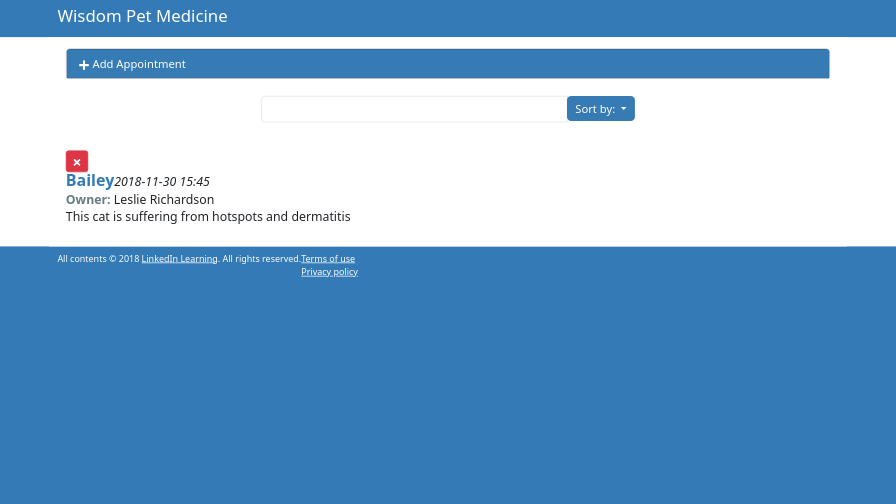
Repository: DevLuDaley/reactinterface
Page: /
The author's editor kept a copy of each file at every save. The page is drawn from the files as they stood at one save, then again after the next save.
The browser window is 1280 px wide. The pictures show the part of the page from y = 0 to 1920 px (the page is 720 px tall before and 3716 px after), at 70% of full size.
The project was rebuilt for these pictures with package versions that can differ from the ones it lists, and the page was loaded fresh each time.

Above is the page before, as saved 2021-02-04 20:02:22.

### public/index.html
<!DOCTYPE html>
<html lang="en">
  <head>
    <meta charset="utf-8" />
    <link rel="icon" href="%PUBLIC_URL%/favicon.ico" />
    <meta name="viewport" content="width=device-width, initial-scale=1" />
    <meta name="theme-color" content="#000000" />
    <meta
      name="description"
      content="Web site created using create-react-app"
    />
    <link rel="apple-touch-icon" href="%PUBLIC_URL%/logo192.png" />
    <!--
      manifest.json provides metadata used when your web app is installed on a
      user's mobile device or desktop. See https://developers.google.com/web/fundamentals/web-app-manifest/
    -->
    <link rel="manifest" href="%PUBLIC_URL%/manifest.json" />
    <!--
      Notice the use of %PUBLIC_URL% in the tags above.
      It will be replaced with the URL of the `public` folder during the build.
      Only files inside the `public` folder can be referenced from the HTML.

      Unlike "/favicon.ico" or "favicon.ico", "%PUBLIC_URL%/favicon.ico" will
      work correctly both with client-side routing and a non-root public URL.
      Learn how to configure a non-root public URL by running `npm run build`.
    -->
    <title>React App</title>
  </head>
  <body>
    <noscript>You need to enable JavaScript to run this app.</noscript>
    <header class="container text-white">
      <h4 class="py-2">Wisdom Pet Medicine</h4>
    </header>

    <div id="root"></div>

    <footer class="container d-flex text-white py-2">
      <p>
        All contents &copy; 2018
        <a href="https://www.linkedin.com/learning">LinkedIn Learning</a>. All
        rights reserved.
      </p>
      <div class="ml-auto">
        <a class="d-block text-white" href="#">Terms of use</a>
        <a class="d-block text-white" href="#">Privacy policy</a>
      </div>
      <!-- col-md-6 -->
    </footer>
    <!-- footer -->
  </body>
</html>

### src/index.js
import React from 'react';
import ReactDOM from 'react-dom';
import 'bootstrap/dist/css/bootstrap.css'
import './css/index.css';
import App from './components/App';
import reportWebVitals from './reportWebVitals';
// import * as serviceWorker from './serviceWorker';
import 'jquery/dist/jquery'
import 'popper.js/dist/umd/popper'
import 'bootstrap/dist/js/bootstrap'

ReactDOM.render(
  <React.StrictMode>
    <App />
  </React.StrictMode>,
  document.getElementById('root')
);

// If you want to start measuring performance in your app, pass a function
// to log results (for example: reportWebVitals(console.log))
// or send to an analytics endpoint. Learn more: https://bit.ly/CRA-vitals
// serviceWorker.unregister()
reportWebVitals();

### src/components/App.js
import React, { Component } from 'react';
import '../css/App.css';

import AddAppointments from './AddAppointments';
import SearchAppointments from './SearchAppointments';
import ListAppointments from './ListAppointments';

import { without } from 'lodash';

class App extends Component {
  constructor() {
    super();
    this.state = {
      myAppointments: [],
      formDisplay: false,
      orderBy: 'petName',
      orderDir: 'asc',
      queryText: 'bailey',
      lastIndex: 0
    };
    this.deleteAppointment = this.deleteAppointment.bind(this);
    this.toggleForm = this.toggleForm.bind(this);
    this.addAppointment = this.addAppointment.bind(this);
    this.changeOrder = this.changeOrder.bind(this);
  }

  toggleForm() {
    this.setState({
      formDisplay: !this.state.formDisplay
    });
  }

  changeOrder(order, dir) {
    this.setState({
      orderBy: order,
      orderDir: dir
    });
  }

  addAppointment(apt) {
    let tempApts = this.state.myAppointments;
    apt.aptId = this.state.lastIndex;
    tempApts.unshift(apt);
    this.setState({
      myAppointments: tempApts,
      lastIndex: this.state.lastIndex + 1
    });
  }

  deleteAppointment(apt) {
    let tempApts = this.state.myAppointments;
    tempApts = without(tempApts, apt);

    this.setState({
      myAppointments: tempApts
    });
  }

  componentDidMount() {
    fetch('./data.json')
      .then(response => response.json())
      .then(result => {
        const apts = result.map(item => {
          item.aptId = this.state.lastIndex;
          this.setState({ lastIndex: this.state.lastIndex + 1 });
          return item;
        });
        this.setState({
          myAppointments: apts
        });
      });
  }

  render() {
    let order;
    let filteredApts = this.state.myAppointments;
    if (this.state.orderDir === 'asc') {
      order = 1;
    } else {
      order = -1;
    }

    filteredApts = filteredApts
      .sort((a, b) => {
        if (
          a[this.state.orderBy].toLowerCase() <
          b[this.state.orderBy].toLowerCase()
        ) {
          return -1 * order;
        } else {
          return 1 * order;
        }
      })
      .filter(eachItem => {
        return (
          eachItem['petName']
            .toLowerCase()
            .includes(this.state.queryText.toLowerCase()) ||
          eachItem['ownerName']
            .toLowerCase()
            .includes(this.state.queryText.toLowerCase()) ||
          eachItem['aptNotes']
            .toLowerCase()
            .includes(this.state.queryText.toLowerCase())
        );
      });

    return (
      <main className="page bg-white" id="petratings">
        <div className="container">
          <div className="row">
            <div className="col-md-12 bg-white">
              <div className="container">
                <AddAppointments
                  formDisplay={this.state.formDisplay}
                  toggleForm={this.toggleForm}
                  addAppointment={this.addAppointment}
                />
                <SearchAppointments
                  orderBy={this.state.orderBy}
                  orderDir={this.state.orderDir}
                  changeOrder={this.changeOrder}
                />
                <ListAppointments
                  appointments={filteredApts}
                  deleteAppointment={this.deleteAppointment}
                />
              </div>
            </div>
          </div>
        </div>
      </main>
    );
  }
}

export default App;

### src/components/AddAppointments.js
import React, { Component } from 'react';
import { FaPlus } from 'react-icons/fa';

class AddAppointments extends Component {
  constructor() {
    super();
    this.state = {
      petName: '',
      ownerName: '',
      aptDate: '',
      aptTime: '',
      aptNotes: ''
    };
    this.handleChange = this.handleChange.bind(this);
    this.handleAdd = this.handleAdd.bind(this);
  }

  handleAdd(e) {
    e.preventDefault();
    let tempApt = {
      petName: this.state.petName,
      ownerName: this.state.ownerName,
      aptDate: this.state.aptDate + ' ' + this.state.aptTime,
      aptNotes: this.state.aptNotes
    };

    this.props.addAppointment(tempApt);

    this.setState({
      petName: '',
      ownerName: '',
      aptDate: '',
      aptTime: '',
      aptNotes: ''
    });
    this.props.toggleForm();
  }

  handleChange(e) {
    const target = e.target;
    const value = target.value;
    const name = target.name;

    this.setState({
      [name]: value
    });
  }

  render() {
    return (
      <div
        className={
          'card textcenter mt-3 ' +
          (this.props.formDisplay ? '' : 'add-appointment')
        }
      >
        <div
          className="apt-addheading card-header bg-primary text-white"
          onClick={this.props.toggleForm}
        >
          <FaPlus /> Add Appointment
        </div>

        <div className="card-body">
          <form id="aptForm" noValidate onSubmit={this.handleAdd}>
            <div className="form-group form-row">
              <label
                className="col-md-2 col-form-label text-md-right"
                htmlFor="petName"
                readOnly
              >
                Pet Name
              </label>
              <div className="col-md-10">
                <input
                  type="text"
                  className="form-control"
                  name="petName"
                  placeholder="Pet's Name"
                  value={this.state.petName}
                  onChange={this.handleChange}
                />
              </div>
            </div>

            <div className="form-group form-row">
              <label
                className="col-md-2 col-form-label text-md-right"
                htmlFor="ownerName"
              >
                Pet Owner
              </label>
              <div className="col-md-10">
                <input
                  type="text"
                  className="form-control"
                  name="ownerName"
                  placeholder="Owner's Name"
                  value={this.state.ownerName}
                  onChange={this.handleChange}
                />
              </div>
            </div>

            <div className="form-group form-row">
              <label
                className="col-md-2 col-form-label text-md-right"
                htmlFor="aptDate"
              >
                Date
              </label>
              <div className="col-md-4">
                <input
                  type="date"
                  className="form-control"
                  name="aptDate"
                  id="aptDate"
                  value={this.state.aptDate}
                  onChange={this.handleChange}
                />
              </div>
              <label
                className="col-md-2 col-form-label text-md-right"
                htmlFor="aptTime"
              >
                Time
              </label>
              <div className="col-md-4">
                <input
                  type="time"
                  className="form-control"
                  name="aptTime"
                  id="aptTime"
                  value={this.state.aptTime}
                  onChange={this.handleChange}
                />
              </div>
            </div>

            <div className="form-group form-row">
              <label className="col-md-2 text-md-right" htmlFor="aptNotes">
                Apt. Notes
              </label>
              <div className="col-md-10">
                <textarea
                  className="form-control"
                  rows="4"
                  cols="50"
                  name="aptNotes"
                  id="aptNotes"
                  placeholder="Appointment Notes"
                  value={this.state.aptNotes}
                  onChange={this.handleChange}
                />
              </div>
            </div>

            <div className="form-group form-row mb-0">
              <div className="offset-md-2 col-md-10">
                <button
                  type="submit"
                  className="btn btn-primary d-block ml-auto"
                >
                  Add Appointment
                </button>
              </div>
            </div>
          </form>
        </div>
      </div>
    );
  }
}

export default AddAppointments;

### src/components/SearchAppointments.js
import React, { Component } from 'react';

class SearchAppointments extends Component {
  render() {
    return (
      <div className="search-appointments row justify-content-center my-4">
        <div className="col-md-6">
          <div className="input-group">
            <input
              id="SearchApts"
              type="text"
              className="form-control"
              aria-label="Search Appointments"
            />
            <div className="input-group-append">
              <button
                type="button"
                className="btn btn-primary dropdown-toggle"
                data-toggle="dropdown"
                aria-haspopup="true"
                aria-expanded="false"
              >
                Sort by: <span className="caret" />
              </button>

              <div className="sort-menu dropdown-menu dropdown-menu-right">
                <button
                  className={
                    'sort-by dropdown-item ' +
                    (this.props.orderBy === 'petName' ? 'active' : '')
                  }
                  onClick={e =>
                    this.props.changeOrder('petName', this.props.orderDir)
                  }
                  href="#"
                >
                  Pet Name
                </button>
                <button
                  className={
                    'sort-by dropdown-item ' +
                    (this.props.orderBy === 'aptDate' ? 'active' : '')
                  }
                  onClick={e =>
                    this.props.changeOrder('aptDate', this.props.orderDir)
                  }
                  href="#"
                >
                  Date
                </button>
                <button
                  className={
                    'sort-by dropdown-item ' +
                    (this.props.orderBy === 'ownerName' ? 'active' : '')
                  }
                  onClick={e =>
                    this.props.changeOrder('ownerName', this.props.orderDir)
                  }
                  href="#"
                >
                  Owner
                </button>
                <div role="separator" className="dropdown-divider" />
                <button
                  className={
                    'sort-by dropdown-item ' +
                    (this.props.orderDir === 'asc' ? 'active' : '')
                  }
                  onClick={e =>
                    this.props.changeOrder(this.props.orderBy, 'asc')
                  }
                  href="#"
                >
                  Asc
                </button>
                <button
                  className={
                    'sort-by dropdown-item ' +
                    (this.props.orderDir === 'desc' ? 'active' : '')
                  }
                  onClick={e =>
                    this.props.changeOrder(this.props.orderBy, 'desc')
                  }
                  href="#"
                >
                  Desc
                </button>
              </div>
            </div>
          </div>
        </div>
      </div>
    );
  }
}

export default SearchAppointments;

### src/components/ListAppointments.js
import React, { Component } from 'react';
import { FaTimes } from 'react-icons/fa';
// import Moment from 'react-moment';

class ListAppointments extends Component {
  render() {
    return (
      <div className="appointment-list item-list mb-3">
        {this.props.appointments.map(item => (
          <div className="pet-item col media py-3" key={item.aptId}>
            <div className="mr-3">
              <button
                className="pet-delete btn btn-sm btn-danger"
                onClick={() => this.props.deleteAppointment(item)}>
                <FaTimes />
              </button>
            </div>

            <div className="pet-info media-body">
              <div className="pet-head d-flex">
                <span className="pet-name">{item.petName}</span>
                <span className="apt-date ml-auto">
                  {/* <Moment */}
                    {/* date= */}
                    {item.aptDate}
                    {/* parse="YYYY-MM-dd hh:mm" */}
                    {/* format="MMM-D h:mma" */}
                  {/* /> */}
                </span>
              </div>

              <div className="owner-name">
                <span className="label-item">Owner: </span>
                <span>{item.ownerName}</span>
              </div>
              <div className="apt-notes">{item.aptNotes}</div>
            </div>
          </div>
        ))}
      </div>
    );
  }
}

export default ListAppointments;

### public/data.json
[
  {
    "petName": "Pepe",
    "ownerName": "Reggie Tupp",
    "aptNotes": "It's time for this rabbit's post spaying surgery checkup",
    "aptDate": "2018-11-28 13:30"
  },
  {
    "petName": "Rio",
    "ownerName": "Philip Ransu",
    "aptNotes": "Rio is up for his next round of vaccinations",
    "aptDate": "2018-11-28 10:15"
  },
  {
    "petName": "Scooter",
    "ownerName": "Zachary Heilyn",
    "aptNotes": "Scooter has been pawing at his ear and may have an ear infection",
    "aptDate": "2018-11-28 14:45"
  },
  {
    "petName": "Nadalee",
    "ownerName": "Krystle Valerija",
    "aptNotes": "This dog is coming in for his monthly nail trim and grooming",
    "aptDate": "2018-11-28 16:00"
  },
  {
    "petName": "Scout",
    "ownerName": "Nicolette Bardeau",
    "aptNotes": "This dog is coming in for his annual checkup and vaccinations",
    "aptDate": "2018-11-28 9:00"
  },
  {
    "petName": "Zera",
    "ownerName": "Austin Finnagan",
    "aptNotes": "This iguana's is showing signs of dementia associated with his old age",
    "aptDate": "2018-11-29 13:15"
  },
  {
    "petName": "Oddball",
    "ownerName": "Howie Cadell",
    "aptNotes": "Oddball has a hard lump on right front foot",
    "aptDate": "2018-11-29 10:00"
  },
  {
    "petName": "Millie",
    "ownerName": "Freya Terray",
    "aptNotes": "MIllie has exhibited signs of an upset stomach and is not eating regularly",
    "aptDate": "2018-11-29 11:45"
  },
  {
    "petName": "Fluffy",
    "ownerName": "Tracy Westbay",
    "aptNotes": "Fluffy has some matted hair that needs to be groomed",
    "aptDate": "2018-11-29 14:30"
  },
  {
    "petName": "Chyna",
    "ownerName": "Sandie Gobnet",
    "aptNotes": "This turtle is coming in for a checkup and to be tested for Salmonella",
    "aptDate": "2018-11-29 16:00"
  },
  {
    "petName": "Wesley",
    "ownerName": "Nathan Cayden",
    "aptNotes": "This dog is returning for his next heartworm treatment visit",
    "aptDate": "2018-11-29 8:30"
  },
  {
    "petName": "Pax",
    "ownerName": "Sarah Greer",
    "aptNotes": "This senior dog has been sluggish and showing lethargic behavior",
    "aptDate": "2018-11-30 10:15"
  },
  {
    "petName": "Squiggles",
    "ownerName": "Madisyn Roope",
    "aptNotes": "Squiggles is due for her annual checkup and vaccinations",
    "aptDate": "2018-11-30 11:30"
  },
  {
    "petName": "Lucky",
    "ownerName": "Lisa Choy-Wu",
    "aptNotes": "This cat has tartar buildup and her owner would like his teeth cleaned",
    "aptDate": "2018-11-30 14:30"
  },
  {
    "petName": "Bailey",
    "ownerName": "Leslie Richardson",
    "aptNotes": "This cat is suffering from hotspots and dermatitis",
    "aptDate": "2018-11-30 15:45"
  },
  {
    "petName": "Kiko",
    "ownerName": "Kathlyn Zlata",
    "aptNotes": "Kiko has been exhibiting excessive thirst and weight loss for the past few weeks",
    "aptDate": "2018-11-30 9:00"
  },
  {
    "petName": "Felix",
    "ownerName": "Francine Benet",
    "aptNotes": "Felix's mom is coming in to follow up on  lab work results",
    "aptDate": "2018-12-1 13:00"
  },
  {
    "petName": "Sami",
    "ownerName": "Maggie Rickland",
    "aptNotes": "Sami has had some changes in his bathroom in habits",
    "aptDate": "2018-12-1 10:00"
  },
  {
    "petName": "Cosmo",
    "ownerName": "Jennifer Dawson",
    "aptNotes": "Cosmo's mom would like us to check for arthritic conditions and do a routine checkup",
    "aptDate": "2018-12-1 11:30"
  },
  {
    "petName": "Casper",
    "ownerName": "Dalania Devitto",
    "aptNotes": "This dog is coming in for a nail trim and grooming",
    "aptDate": "2018-12-1 15:15"
  },
  {
    "petName": "Chip",
    "ownerName": "Jason Hemlock",
    "aptNotes": "This fish has a spotty white patch developing on his back ",
    "aptDate": "2018-12-1 8:45"
  },
  {
    "petName": "Tibbs",
    "ownerName": "Shad Cayden",
    "aptNotes": "Tibbs has had an ongoing rash and cold symptoms and we are going to run allergy tests",
    "aptDate": "2018-12-2 13:30"
  },
  {
    "petName": "Stich",
    "ownerName": "Dennis Nicholback",
    "aptNotes": "Stich has been having some stomach issues and is due for his vaccinations",
    "aptDate": "2018-12-2 10:15"
  },
  {
    "petName": "Shadow",
    "ownerName": "Audry Topsy",
    "aptNotes": "This cat has a red swollen eye with a discharge",
    "aptDate": "2018-12-2 15:00"
  },
  {
    "petName": "Nugget",
    "ownerName": "Darla Branson",
    "aptNotes": "This little fish Nugget, has  a rash on his stomach area",
    "aptDate": "2018-12-2 9:00"
  }
]

Loaded but not shown: src/css/index.css (common file); src/reportWebVitals.js (common file); src/css/App.css (common file)

After the next save:
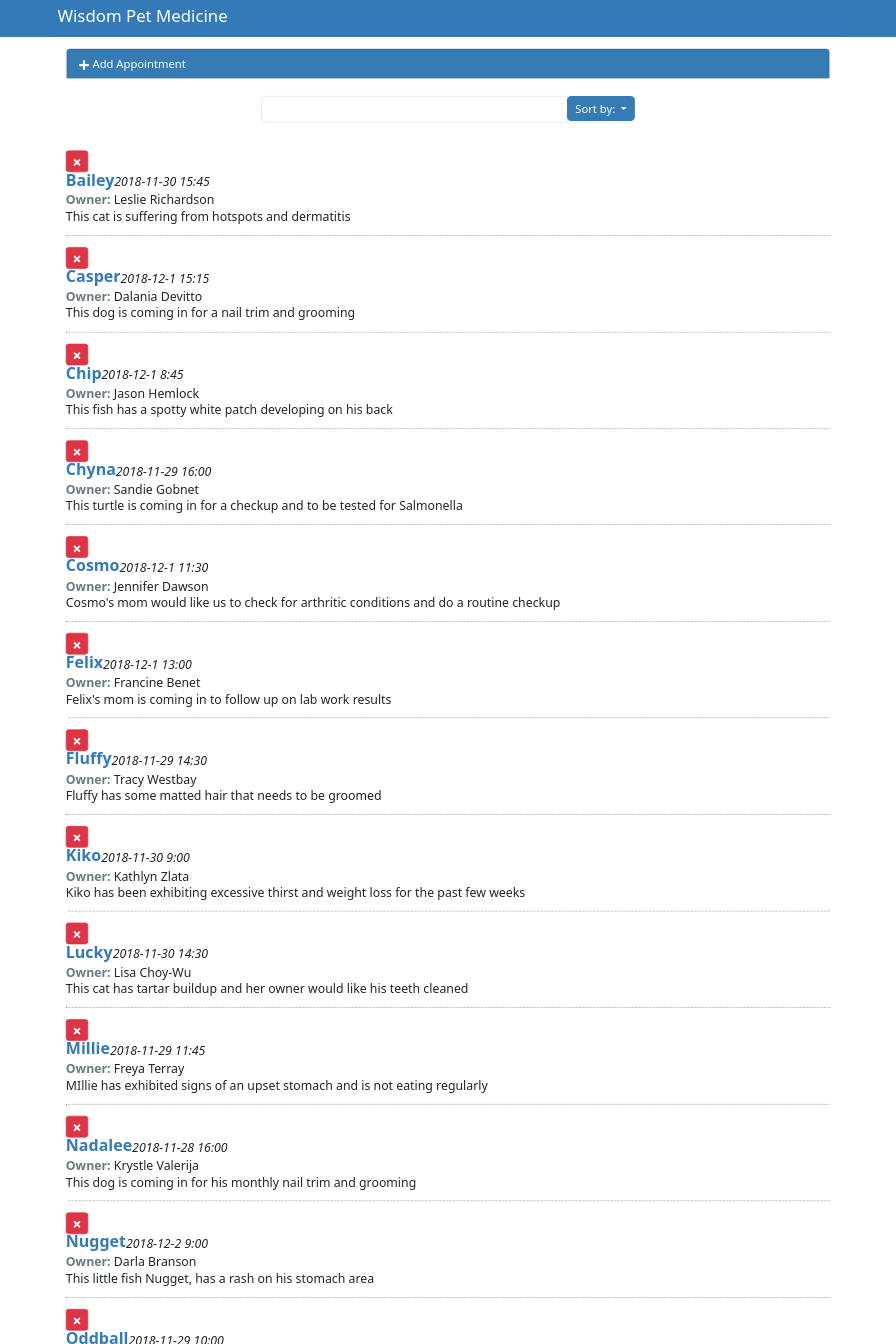
Saved 5 s later.
--- a/src/components/App.js
+++ b/src/components/App.js
@@ -15,7 +15,7 @@ class App extends Component {
       formDisplay: false,
       orderBy: 'petName',
       orderDir: 'asc',
-      queryText: 'bailey',
+      queryText: '',
       lastIndex: 0
     };
     this.deleteAppointment = this.deleteAppointment.bind(this);
